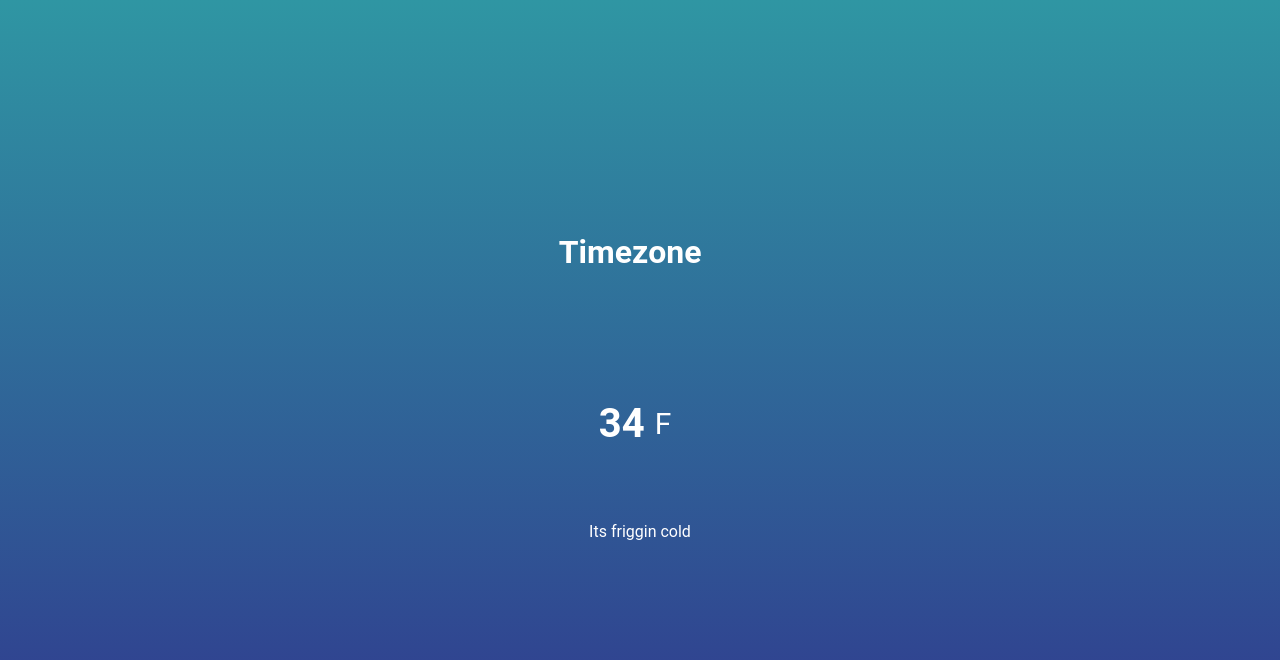
Repository: BaczkiewiczDawid/weatherApp
Page: index.html
These files come from the project's save history. The page is drawn as it stood at one moment and after the next save; the edit follows.
The browser window is 1280 px wide. The pictures show the whole page.

Above is the page before, as saved 2020-02-23 15:14:55.

After the next save:
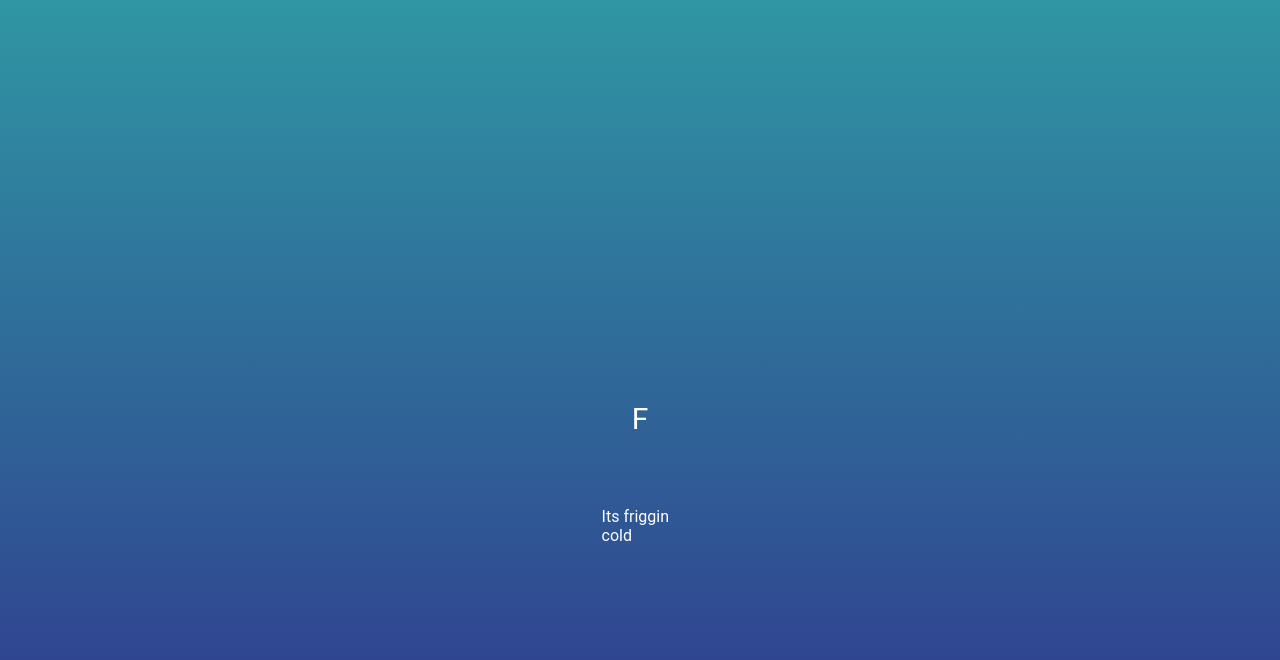
Saved 2 h 52 min later.
--- a/index.html
+++ b/index.html
@@ -7,12 +7,12 @@
 </head>
 <body>
     <div class="location">
-        <h1 class="location-timezone">Timezone</h1>
+        <h1 class="location-timezone"></h1>
         <canvas class="icon" width="128" height="128"></canvas>
     </div>
     <div class="temperature">
         <div class="degree-section">
-            <h2 class="temperature-degree">34</h2>
+            <h2 class="temperature-degree"></h2>
             <span>F</span>
         </div>
         <div class="temperature-description">Its friggin cold</div>
